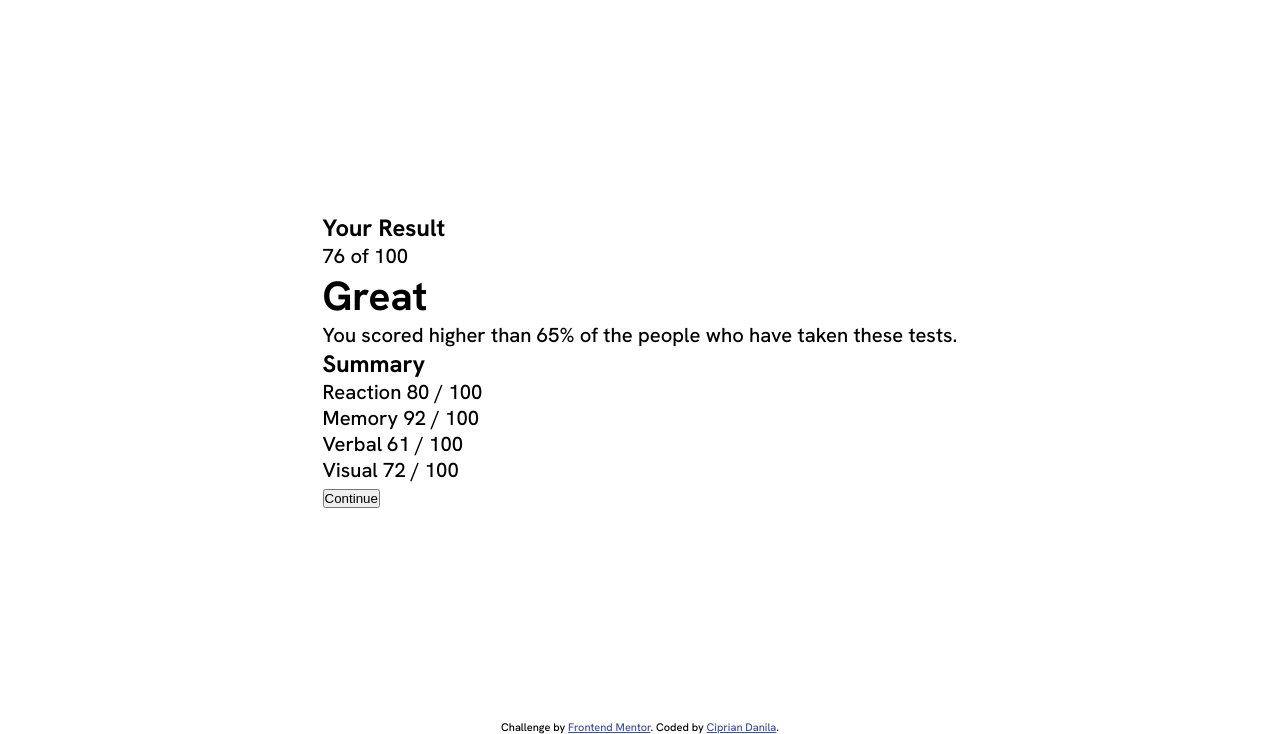
Repository: cipdanila/results-summary-component
Page: index.html
These files come from the project's save history. The page is drawn as it stood at one moment and after the next save; the edit follows.
The browser window is 1280 px wide. The pictures show the whole page.

Above is the page before, as saved 2024-02-01 20:20:39.

After the next save:
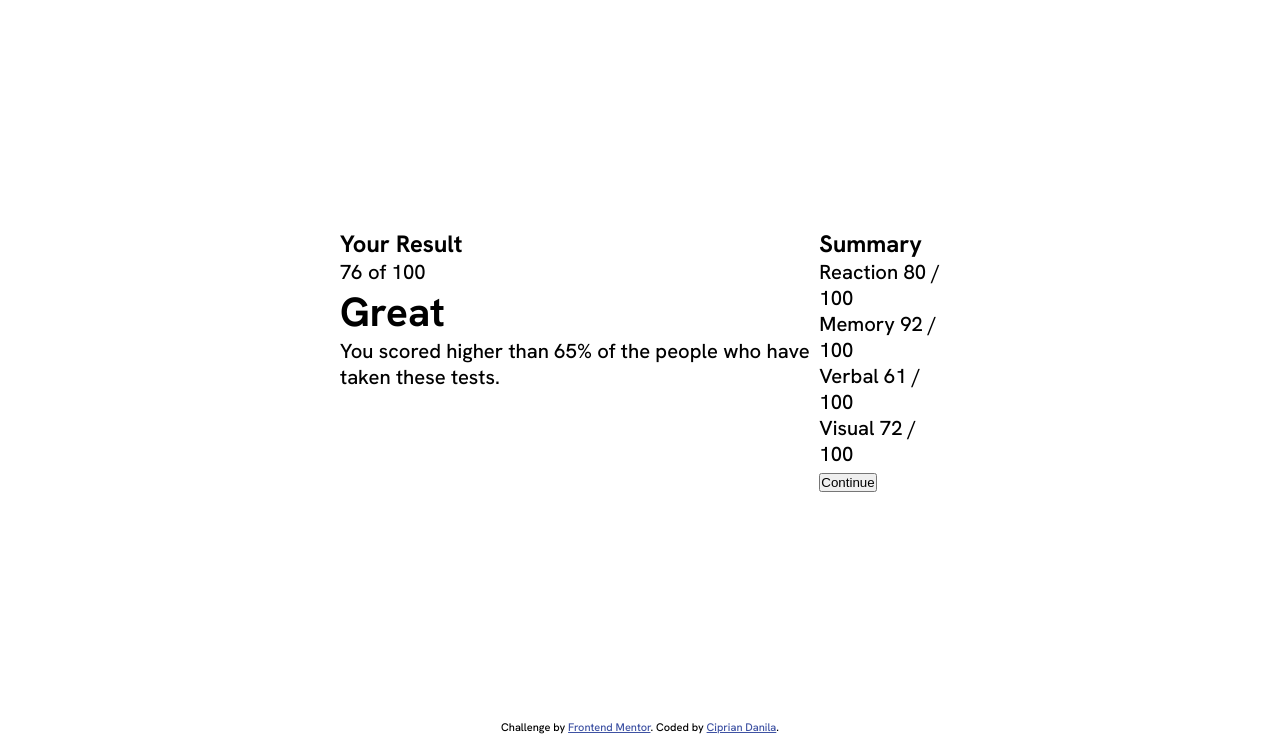
Saved 12 s later.
--- a/styles.css
+++ b/styles.css
@@ -1,4 +1,4 @@
-@import url('https://fonts.googleapis.com/css2?family=Hanken+Grotesk:wght@500;700;800&display=swap');
+@import url("https://fonts.googleapis.com/css2?family=Hanken+Grotesk:wght@500;700;800&display=swap");
 
 :root {
     /* Colors */
@@ -8,11 +8,11 @@
     --green-teal: hsl(166, 100%, 37%);
     --cobalt-blue: hsl(234, 85%, 45%);
     /* Gradients */
-    --light-slate-blue: hsl(252, 100%, 67%);    /*  (background) */
-    --light-royal-blue: hsl(241, 81%, 54%);    /* (background) */
+    --light-slate-blue: hsl(252, 100%, 67%); /*  (background) */
+    --light-royal-blue: hsl(241, 81%, 54%); /* (background) */
 
     --violet-blue: hsla(256, 72%, 46%, 1); /* (circle) */
-    --persian-blue: hsla(241, 72%, 46%, 0);    /* (circle) */
+    --persian-blue: hsla(241, 72%, 46%, 0); /* (circle) */
     /* Neutral */
     --white: hsl(0, 0%, 100%);
     --pale-blue: hsl(221, 100%, 96%);
@@ -20,16 +20,19 @@
     --dark-gray-blue: hsl(224, 30%, 27%);
 }
 
-*, *::after, *::before {
+*,
+*::after,
+*::before {
     box-sizing: border-box;
     margin: 0;
     padding: 0;
 }
 
-body, html {
+body,
+html {
     height: 100%;
     font-family: "Hanken Grotesk", sans-serif;
-    font-size: 1.125rem;                /* 18px */
+    font-size: 1.125rem; /* 18px */
     font-weight: 300;
     background-color: var(--white);
 }
@@ -42,7 +45,12 @@
 }
 
 .card {
-
+    min-width: 600px;
+    width: 30%;
+    display: flex;
+    margin: 4rem auto;
+    background-color: var(--white);
+    border-radius: 0.625rem;
 }
 
 .attribution {
